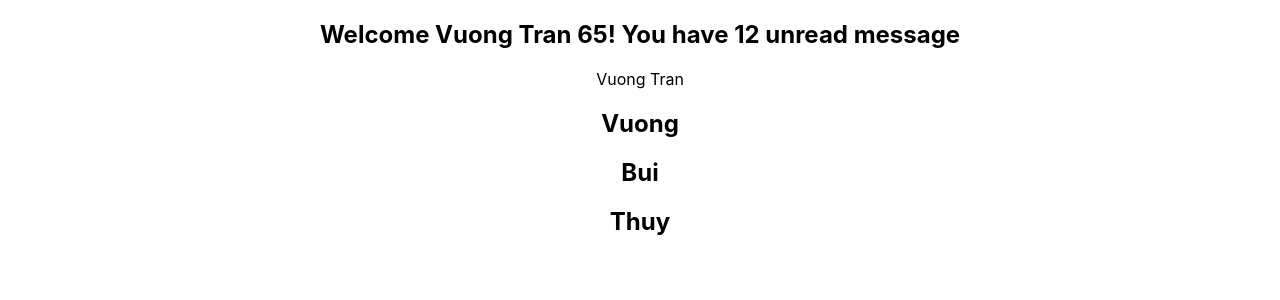
Repository: vuongtm1999/ALTA-exercise-1
Page: /
These files come from the project's save history. The page is drawn as it stood at one moment and after the next save; the edit follows.
The browser window is 1280 px wide. The pictures show the whole page.
The project was rebuilt for these pictures with package versions that can differ from the ones it lists, and the page was loaded fresh each time.

Above is the page before, as saved 2022-10-24 16:46:10.

### src/App.tsx
import './App.css';
import { Greet } from './components/Greet';
import { Person } from './components/Person';
import { PersonList } from './components/PersonList';

function App() {
  const personName = {
    firstName: "Vuong",
    lastName: "Tran",
  }

  const listName = [
    {
      firstName: "Vuong",
      lastName: "Tran",
    },
    {
      firstName: "Thuy",
      lastName: "Tran",
    },
    {
      firstName: "Bui",
      lastName: "Phuoc",
    }
  ]
  return (
    <div className="App">
      <Greet name="Vuong Tran 65" messageCount={12} isLoggedIn={true}  />
      <Person name={personName} />
      <PersonList names={listName} />
    </div>
  );
}

export default App;

### src/components/Greet.tsx
type Greetprops = {
    name: string
    messageCount: number
    isLoggedIn: boolean
}

const Greet = (props: Greetprops) => {
    return (
        <div>
            {props.isLoggedIn ?  <h2>Welcome {props.name}! You have {props.messageCount} unread message</h2> :
                                    <h2>Welcome guest</h2>
            }
        </div>
     );
};

export { Greet }

### src/components/Person.tsx
type PersonProps = {
    name: {
        firstName: string
        lastName: string
    }
}

export const Person = (props: PersonProps) => {
    return (
        <div>{props.name.firstName} {props.name.lastName}</div>
     );
}

### src/components/PersonList.tsx
type PersonListProps = {
    names: {
        firstName: string
        lastName: string
    }[]
}

export const PersonList = (props: PersonListProps) => {
    return (
        <div>
            <h2>Vuong</h2>
            <h2>Bui</h2>
            <h2>Thuy</h2>
        </div>
     );
}

Loaded but not shown: public/index.html (common file); src/index.tsx (common file); src/index.css (common file); src/reportWebVitals.ts (common file); src/App.css (common file)

After the next save:
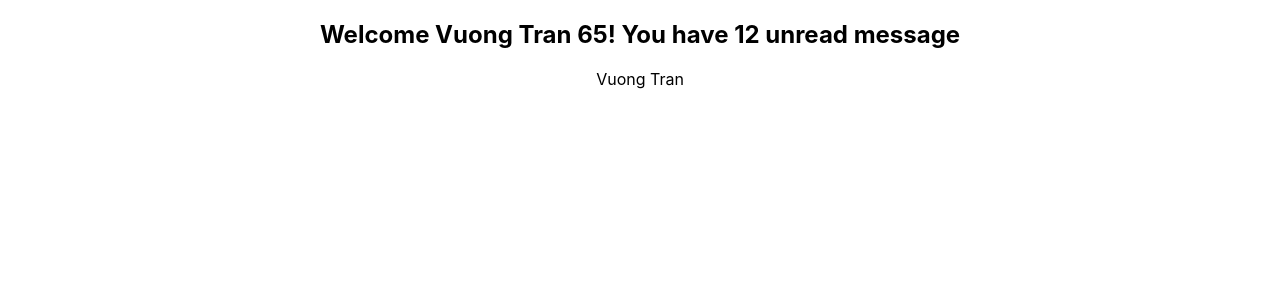
Saved 63 s later.
--- a/src/components/PersonList.tsx
+++ b/src/components/PersonList.tsx
@@ -8,9 +8,9 @@ type PersonListProps = {
 export const PersonList = (props: PersonListProps) => {
     return (
         <div>
-            <h2>Vuong</h2>
-            <h2>Bui</h2>
-            <h2>Thuy</h2>
+            {props.names.map(person => {
+                <h2>Vuong</h2>
+            })}
         </div>
      );
 }
